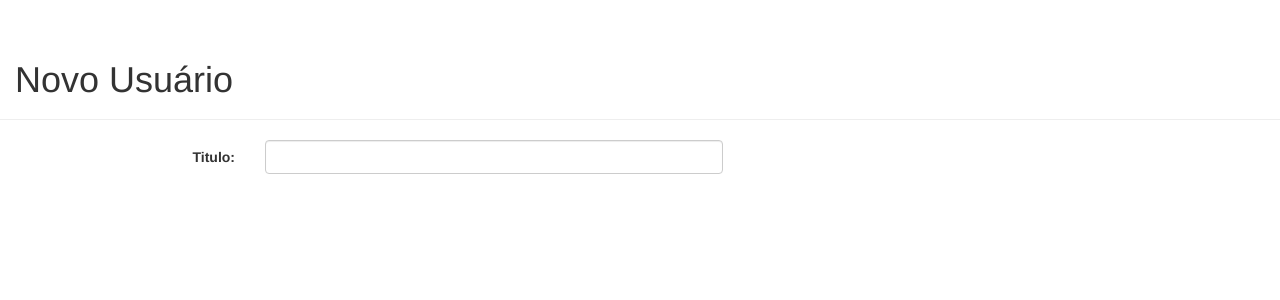
Repository: stefanyco/biblioteca
Page: http://localhost/Biblioteca/livroAdicionar.jsp
The author's editor kept a copy of each file at every save. The page is drawn from the files as they stood at one save, then again after the next save.
The browser window is 1280 px wide. The pictures show the whole page.
The page is served by Tomcat 9. Other server files are loaded and not shown.

Above is the page before, as saved 2016-11-07 21:57:35.

### Sistema Biblioteca/Biblioteca/WebContent/livroAdicionar.jsp
<%@ page language="java" contentType="text/html; charset=ISO-8859-1"
	pageEncoding="ISO-8859-1"%>
<!DOCTYPE html PUBLIC "-//W3C//DTD HTML 4.01 Transitional//EN" "http://www.w3.org/TR/html4/loose.dtd">
<html>
<head>
<meta http-equiv="Content-Type" content="text/html; charset=ISO-8859-1">
<link href="bootstrap.min.css" rel="stylesheet">
<title>*** Novo Usuario ***</title>
</head>
<body>
	<div class="page-header col-md-12">
		<h1>Novo Usuário</h1>
	</div>
	<div class="container">
		<div class="row">
			<div class="col-xs-12">
				<form action="livro?acao=cadastrar" class="form-horizontal" method="post">
					<div class="form-group">
						<label for="titulo" class="col-xs-2 control-label">Titulo:</label>
						<div class="col-xs-5">
							<input type="text" class="form-control" name="titulo" required maxlength="50">
						</div>
					</div>
				</form>
			</div>
		</div>
	</div>
</body>
</html>

Loaded but not shown: Sistema Biblioteca/Biblioteca/WebContent/bootstrap.min.css (library)

After the next save:
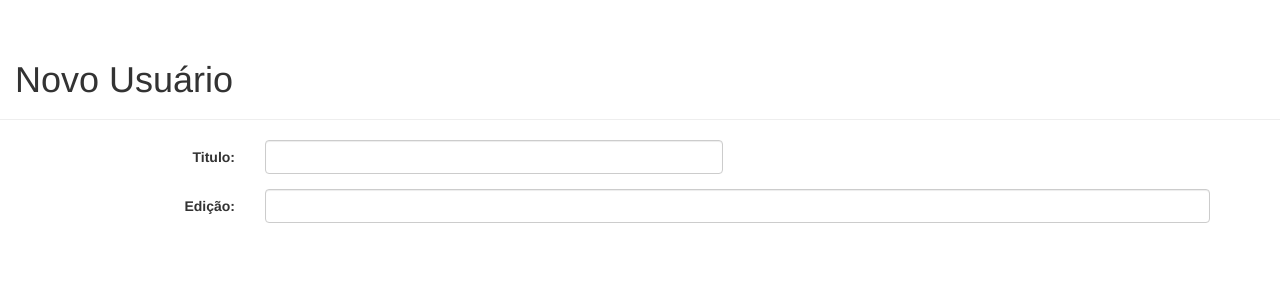
Saved 36 s later.
--- a/Sistema Biblioteca/Biblioteca/WebContent/livroAdicionar.jsp
+++ b/Sistema Biblioteca/Biblioteca/WebContent/livroAdicionar.jsp
@@ -21,6 +21,12 @@
 							<input type="text" class="form-control" name="titulo" required maxlength="50">
 						</div>
 					</div>
+					<div class="form-group">
+							<label for="edicao" class="col-xs-2 control-label" >Edição:</label>
+							<div class="col-xs-10">
+								<input type="number" class="form-control" name="edicao" id="edicao">
+							</div>
+					</div>
 				</form>
 			</div>
 		</div>
